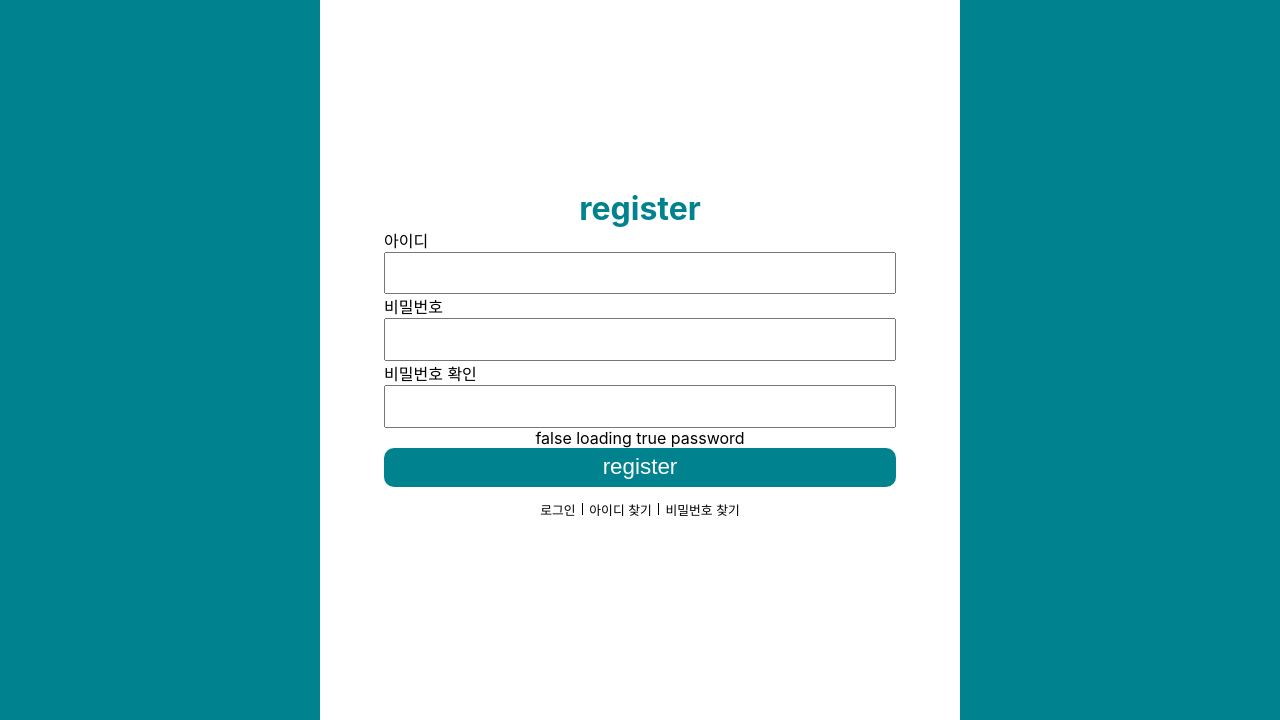
Repository: SeungYn/ticktickup-client
Page: /register
These files come from the project's save history. The page is drawn as it stood at one moment and after the next save; the edit follows.
The browser window is 1280 px wide. The pictures show the whole page.
The project was rebuilt for these pictures with package versions that can differ from the ones it lists, and the page was loaded fresh each time. Also part of the build but not shown: src/App.tsx, src/pages/Main.tsx, src/pages/TimeDetail.tsx, src/pages/MyInfo.tsx, src/containers/auth/LoginFormContainer.tsx, src/pages/LoginPage.tsx.

Above is the page before, as saved 2023-01-03 21:04:42.

### src/index.tsx
import React from 'react';
import ReactDOM from 'react-dom/client';
import { createBrowserRouter, RouterProvider } from 'react-router-dom';

import './index.css';
import App from './App';
import Main from './pages/Main';
import TimeDetail from './pages/TimeDetail';
import MyInfo from './pages/MyInfo';
import LoginContainer from './pages/LoginPage';
import RegisterPage from './pages/RegisterPage';
import { Provider } from 'react-redux';
import { store } from './modules';

const root = ReactDOM.createRoot(
  document.getElementById('root') as HTMLElement
);

const router = createBrowserRouter([
  {
    path: '/',
    element: <App />,
    children: [
      { index: true, element: <Main /> },
      {
        path: 'TimeDetail',
        element: <TimeDetail />,
      },
      {
        path: 'Myinfo',
        element: <MyInfo />,
      },
    ],
  },
  {
    path: 'Login',
    element: <LoginContainer />,
  },
  {
    path: 'register',
    element: <RegisterPage />,
  },
]);

root.render(
  <Provider store={store}>
    <RouterProvider router={router}></RouterProvider>
  </Provider>
);

### src/index.css
* {
  box-sizing: border-box;
}

html {
  height: 100%;
  width: 100%;
}

body {
  margin: 0;
  font-family: -apple-system, BlinkMacSystemFont, 'Segoe UI', 'Roboto', 'Oxygen',
    'Ubuntu', 'Cantarell', 'Fira Sans', 'Droid Sans', 'Helvetica Neue',
    sans-serif;
  -webkit-font-smoothing: antialiased;
  -moz-osx-font-smoothing: grayscale;
  height: 100%;
  width: 100%;
}

code {
  font-family: source-code-pro, Menlo, Monaco, Consolas, 'Courier New',
    monospace;
}

#root {
  height: 100%;
  width: 100%;
  background-color: #00838f;
  display: flex;
  justify-content: center;
}

input {
  outline: none;
}

h1,
h2 {
  margin: 0;
}

button {
  outline: none;
  background: none;
  border: none;
  cursor: pointer;
  padding: 0;
}

a {
  text-decoration: none;
  color: black;
}

a:visited {
  color: black;
}

### src/pages/RegisterPage.tsx
import React from 'react';
import RegisterFormContainer from '../containers/auth/RegisterFormContainer';

export default function RegisterPage() {
  const onSubmit = (e: React.FormEvent<HTMLFormElement>) => {
    e.preventDefault();
    console.log('submit');
  };
  return <RegisterFormContainer />;
}

### src/modules/index.ts
import { configureStore } from '@reduxjs/toolkit';
import authReducer from './auth';
import loadingReducer from './Loading';

export const store = configureStore({
  reducer: { auth: authReducer, loading: loadingReducer },
});
export type RootState = ReturnType<typeof store.getState>;
export type AppDispatch = typeof store.dispatch;

### src/containers/auth/RegisterFormContainer.tsx
import React from 'react';
import { useDispatch, useSelector } from 'react-redux';
import AuthForm from '../../components/auth/AuthForm';
import { AppDispatch, RootState } from '../../modules';
import { authRegister, changeField } from '../../modules/auth';

export default function RegisterFormContainer() {
  const { register } = useSelector((state: RootState) => state.auth);
  const { loading } = useSelector((state: RootState) => state);
  const dispatch = useDispatch<AppDispatch>();
  const onSubmit = (e: React.FormEvent<HTMLFormElement>) => {
    e.preventDefault();
    console.log('submit');
    dispatch(
      authRegister({ username: register.username, password: register.password })
    );
  };

  const onChange = (e: React.ChangeEvent<HTMLInputElement>) => {
    const { name, value } = e.target;
    dispatch(changeField({ form: 'register', name, value }));
  };

  return (
    <AuthForm
      type={'register'}
      form={register}
      onChange={onChange}
      onSubmit={onSubmit}
      loading={loading.loading}
      passwordMatch={register.passwordMatch}
    />
  );
}

### src/modules/auth.ts
import { AxiosResponse } from 'axios';
import {
  createAsyncThunk,
  createSlice,
  current,
  PayloadAction,
} from '@reduxjs/toolkit';
import { AppDispatch } from '.';
import AuthService from '../service/authService';
import { finishLoading, startLoading } from './Loading';

const authService = AuthService.getHttpInstance();

export interface AuthSuccessResponse {
  username: string;
  token: string;
}

export interface AuthFailResponse {
  error: string;
}

export type Register = {
  username: string;
  password: string;
  passwordConfirm: string;
  passwordMatch: boolean;
  [key: string]: string | boolean;
};

export type Login = {
  username: string;
  password: string;
  [key: string]: string;
};

export const authRegister = createAsyncThunk<
  { token: string; username: string },
  { username: string; password: string },
  {
    rejectValue: AuthFailResponse;
    dispatch: AppDispatch;
  }
>('auth/REGISTER', async (form, thunkAPI) => {
  console.log('async');
  console.log(thunkAPI);
  thunkAPI.dispatch(startLoading());
  try {
    const res = (await authService.signup(
      form.username,
      form.password
    )) as AxiosResponse;
    return res.data;
  } catch (e) {
    console.log(e, 'error');
    return thunkAPI.rejectWithValue({ error: e as string });
  } finally {
    thunkAPI.dispatch(finishLoading());
  }
});

export const authLogin = createAsyncThunk(
  'auth/LOGIN',
  async (form: Login, thunkAPI) => {
    thunkAPI.dispatch(startLoading());
    try {
      return { payload: { token: '123', username: '123' } };
    } catch (e) {
      return thunkAPI.rejectWithValue({ error: '123' });
    } finally {
      thunkAPI.dispatch(finishLoading());
    }
  }
);

interface InitialAuthFormState {
  register: Register;
  login: Login;
  authError: string | null | undefined;
  authDuplicateError: string | null;
  auth: null | { [key: string]: string };
}

const initialAuthFormState: InitialAuthFormState = {
  register: {
    username: '',
    password: '',
    passwordConfirm: '',
    passwordMatch: true,
  },

  login: {
    username: '',
    password: '',
  },
  authError: null,
  authDuplicateError: null,
  auth: null,
};

const authSlice = createSlice({
  name: 'authForm',
  initialState: initialAuthFormState,
  reducers: {
    changeField: (
      state,
      {
        payload,
      }: PayloadAction<{
        form: 'login' | 'register';
        value: string;
        name: string;
      }>
    ) => {
      const { form, name, value } = payload;

      state[form][name] = value;
      if (form === 'register') {
        if (state[form].password !== state[form].passwordConfirm)
          state[form].passwordMatch = false;
        else state[form].passwordMatch = true;
      }
    },
    initialForm: (
      state,
      { payload }: PayloadAction<{ form: 'login' | 'register' }>
    ) => {
      const { form } = payload;
      if (form === 'login') state[form] = initialAuthFormState[form];
      else state[form] = initialAuthFormState[form];
    },
  },
  extraReducers: (builder) => {
    builder
      .addCase(authRegister.pending, (state, action) => {
        console.log('pending auth');
      })
      .addCase(authRegister.fulfilled, (state, action) => {
        state.auth = action.payload;
        console.log('fulfilled auth');
      })
      .addCase(authRegister.rejected, (state, action) => {
        state.authError = action.payload?.error;
      })
      .addCase(authLogin.pending, (state, action) => {
        console.log('pending');
      })
      .addCase(authLogin.fulfilled, (state, action) => {
        console.log('fulfilled');
      })
      .addCase(authLogin.rejected, (state, action) => {
        console.log('rejected');
      });
  },
});

export const { changeField, initialForm } = authSlice.actions;

export default authSlice.reducer;

### src/modules/Loading.ts
import { createSlice } from '@reduxjs/toolkit';

const loadingSlice = createSlice({
  name: 'loading',
  initialState: { loading: false },
  reducers: {
    startLoading: (state) => {
      console.log('startLoading');
      state.loading = true;
    },
    finishLoading: (state) => {
      state.loading = false;
    },
  },
});

export const { startLoading, finishLoading } = loadingSlice.actions;
export default loadingSlice.reducer;

### src/components/auth/AuthForm.tsx
import styles from './authForm.modue.scss';
import classNames from 'classnames';
import AuthBtn from '../common/AuthBtn';
import { Link } from 'react-router-dom';
import { Login, Register } from '../../modules/auth';
import { AppDispatch } from '../../modules';
import React from 'react';
import { css } from 'styled-components';
const cx = classNames.bind(styles);
interface AuthFormType {
  type: string;
  form: Login | Register;
  loading?: boolean;
  passwordMatch?: boolean;
  onSubmit: (e: React.FormEvent<HTMLFormElement>) => void;
  onChange: (e: React.ChangeEvent<HTMLInputElement>) => void;
}

export default function AuthForm({
  type,
  form,
  onChange,
  onSubmit,
  loading,
  passwordMatch,
}: AuthFormType) {
  console.log(passwordMatch);
  return (
    <form className={cx('form')} onSubmit={onSubmit}>
      <h1>{type}</h1>
      <label htmlFor='username'>
        아이디
        <input
          type='text'
          name='username'
          onChange={onChange}
          value={form.username}
          required
        />
      </label>

      <label htmlFor='password'>
        비밀번호
        <input
          type='password'
          name='password'
          onChange={onChange}
          value={form.password}
          required
        />
      </label>
      {type === 'register' && (
        <label htmlFor='password'>
          <div>
            <span>비밀번호 확인</span>{' '}
            {!passwordMatch && (
              <span className={cx({ passwordNotMatch: !passwordMatch })}>
                비밀번호를 확인해 주세요
              </span>
            )}
          </div>
          <input
            type='password'
            name='passwordConfirm'
            value={form.passwordConfirm}
            onChange={onChange}
            required
          />
        </label>
      )}
      {`${loading} loading ${passwordMatch} password`}
      <AuthBtn title={type} />

      <div className={cx('footer')}>
        {type === 'login' ? (
          <Link to='/register' className={cx('footerBtn')}>
            회원가입
          </Link>
        ) : (
          <Link to='/login' className={cx('footerBtn')}>
            로그인
          </Link>
        )}
        <span className={cx('gap')}></span>
        <button className={cx('footerBtn')}>아이디 찾기</button>
        <span className={cx('gap')}></span>
        <button className={cx('footerBtn')}>비밀번호 찾기</button>
      </div>
    </form>
  );
}

### src/service/authService.ts
import { AxiosPromise, AxiosResponse } from 'axios';
import Http, { HttpInterface } from '../network/http';
export default class AuthService {
  private static instance: AuthService;

  private constructor(private http: HttpInterface) {}

  async signup(username: string, password: string) {
    const data = await this.http.fetch('/auth/signup', {
      method: 'POST',
      data: JSON.stringify({ username, password }),
    });
    console.log('data', data);
    return data;
  }

  public static getHttpInstance() {
    if (!AuthService.instance) {
      AuthService.instance = new AuthService(Http.getHttpInstance());
    }
    return AuthService.instance;
  }
}

### src/components/auth/authForm.modue.scss
@import '../../styles/utils.scss';

.form {
  width: 50%;
  height: 100%;
  display: flex;
  flex-direction: column;
  justify-content: center;
  align-items: center;
  background-color: $backgroundColor;

  padding: 0 4rem;

  & > *:not(label) {
    margin-bottom: 0.8rem;
  }

  & > h1 {
    margin: 0;
    color: $main-color;
  }

  & input {
    font-size: 1.4rem;
    padding: 0.4rem 0;
  }

  & label {
    width: 100%;
    display: flex;
    flex-direction: column;
  }
}

.footer {
  display: flex;
  align-items: center;
}

.gap {
  display: inline-block;
  height: 0.8rem;
  border-left: 1px solid black;
}

.footerBtn {
  font-size: 0.8rem;
  padding: 0 0.4rem;
}

.passwordNotMatch {
  color: red;
}

@media (max-width: 800px) {
  .form {
  }
}

### src/components/common/AuthBtn.tsx
import styled from 'styled-components';

interface AuthBtnType {
  title: string;
}

const StyledInput = styled.button`
  width: 100%;

  font-size: 1.4rem;
  border: none;
  background: #00838f;
  border-radius: 10px;
  padding: 0.4rem 0;
  color: white;
  &:hover {
    cursor: pointer;
  }
`;

export default function AuthBtn({ title }: AuthBtnType) {
  return <StyledInput>{title}</StyledInput>;
}

### src/network/http.ts
import axios, {
  AxiosError,
  AxiosInstance,
  AxiosInterceptorOptions,
  AxiosRequestConfig,
  AxiosResponse,
} from 'axios';

export interface HttpInterface {
  fetch: (
    url: string,
    options: AxiosRequestConfig
  ) => Promise<AxiosResponse | AxiosError>;
}

export default class Http implements HttpInterface {
  private static instance: Http;
  private readonly client: AxiosInstance;
  private constructor(baseURL: string) {
    this.client = axios.create({
      baseURL: baseURL,
      withCredentials: true,
    });
  }

  async fetch(
    url: string,
    options: AxiosRequestConfig
  ): Promise<AxiosResponse > {
    this.client.defaults.headers.post['Content-Type'] = 'application/json';
    const { data, method, headers } = options;
    const request = {
      url,
      method,
      headers: {
        ...headers,
      },
      data,
    };
    let res: AxiosResponse;

    try {
      res = await this.client(request);
      return res;
    } catch (e) {
      if (axios.isAxiosError(e)) {
        const message = e.response?.data?.message;
        if (message) {
          console.error(message);
          throw new Error(message);
        }
      }
      throw new Error('Connect Error');
    }
  }
  public static getHttpInstance() {
    if (!Http.instance) {
      Http.instance = new Http(process.env.REACT_APP_BASE_URL as string);
    }
    return Http.instance;
  }
}

const a: HttpInterface = Http.getHttpInstance();

### src/styles/utils.scss
@import '~include-media/dist/include-media';

$red: #fa5252;
$orange: #fd7e14;
$yellow: #fcc419;
$green: #40c057;
$blue: #339af0;
$indigo: #5c7cfa;
$violet: #7950f2;
$backgroundColor: white;
$main-color: #00838f;
$font-size-medium: 1.2rem;
@mixin square($size) {
  $calculated: 32px * $size;
  width: $calculated;
  height: $calculated;
}

Loaded but not shown: public/index.html (common file)

After the next save:
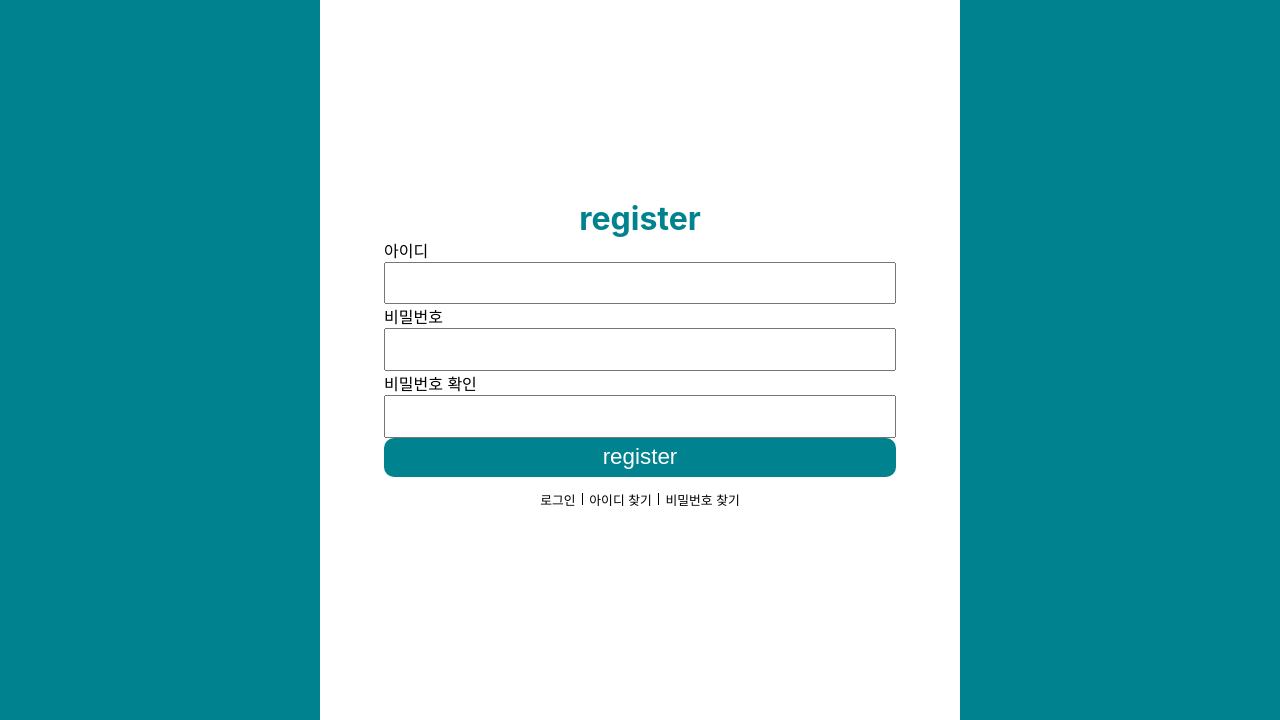
Saved 19 s later.
--- a/src/components/auth/AuthForm.tsx
+++ b/src/components/auth/AuthForm.tsx
@@ -68,7 +68,7 @@ export default function AuthForm({
           />
         </label>
       )}
-      {`${loading} loading ${passwordMatch} password`}
+
       <AuthBtn title={type} />
 
       <div className={cx('footer')}>
